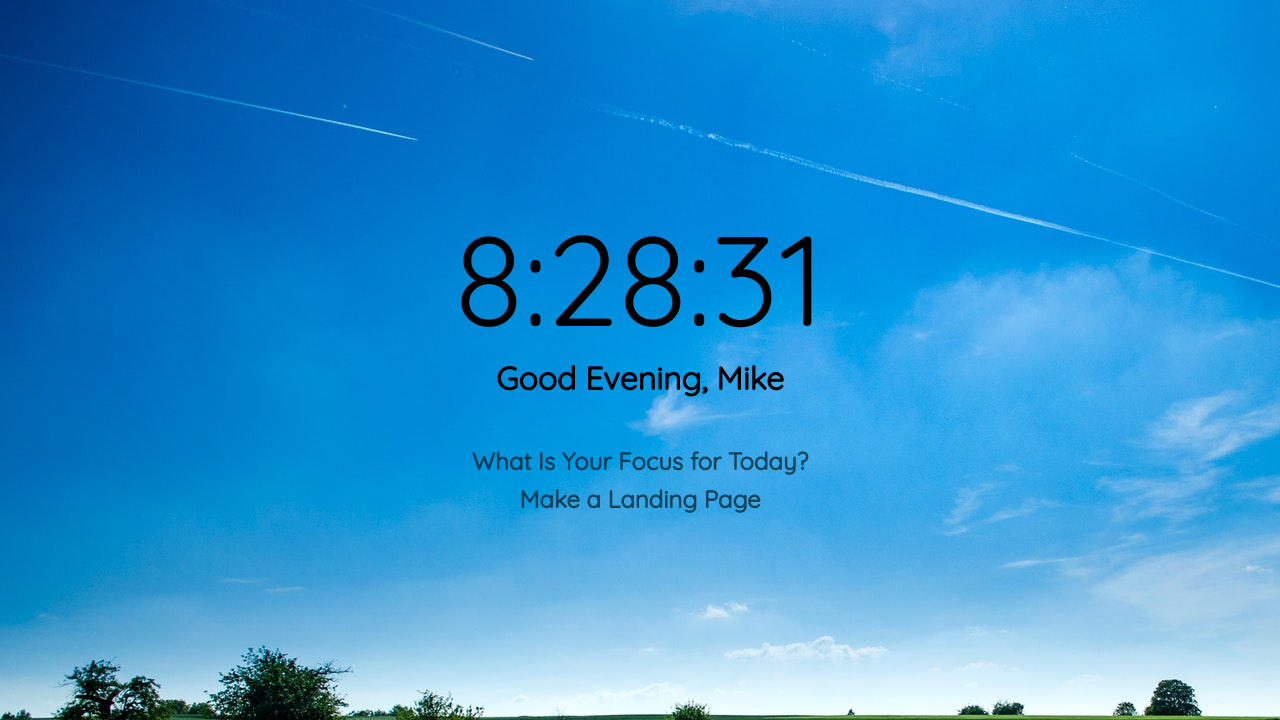
Repository: MikeTroianello/Landing-Page
Page: index.html
These files come from the project's save history. The page is drawn as it stood at one moment and after the next save; the edit follows.
The browser window is 1280 px wide. The pictures show the whole page.

Above is the page before, as saved 2019-06-19 23:32:08.

### index.html
<!DOCTYPE html>
<html lang="en">
  <head>
    <meta charset="UTF-8" />
    <meta name="viewport" content="width=device-width, initial-scale=1.0" />
    <meta http-equiv="X-UA-Compatible" content="ie=edge" />
    <link
      href="https://fonts.googleapis.com/css?family=Quicksand&display=swap"
      rel="stylesheet"
    />
    <link rel="stylesheet" href="./style.css" />
    <title>Greetings!</title>
  </head>
  <body>
    <div id="full">
      <time id="time">12:12:12 PM</time>
      <h1>
        <span id="greeting">Good Afternoon</span>
        <span id="name" contenteditable="true">Mike</span>
      </h1>
      <!-- <h2 id="focus">What Is Your Focus for Today?</h2> -->
      <h2>What Is Your Focus for Today?</h2>
      <h2 contenteditable="true">Make a Landing Page</h2>
    </div>
    <script src="main.js"></script>
  </body>
</html>

### style.css
* {
  box-sizing: border-box;
  margin: 0;
  padding: 0;
}

body {
  font-family: 'Quicksand', sans-serif;
  display: flex;
  flex-direction: column;
  align-items: center;
  justify-content: center;
  text-align: center;
  height: 100vh;
  color: 'black';
  background-image: url('./img/afternoon.jpg');
}

#full {
}

#time {
  font-size: 8rem;
}

h1 {
  margin-bottom: 3rem;
}

h2 {
  margin-bottom: 0.5rem;
  opacity: 0.6;
}

@media (max-width: 700px) {
  #time {
    font-size: 6rem;
  }
}

### main.js
// DOM Elements
const time = document.getElementById('time'),
  greeting = document.getElementById('greeting'),
  name = document.getElementById('name'),
  focus = document.getElementById('focus'),
  background = document.getElementsByTagName('body');
console.log(background);

//SHOW TIME

function showTime() {
  let today = new Date(),
    hour = today.getHours(),
    min = today.getMinutes(),
    sec = today.getSeconds();

  //SET AM OR PM
  const amPm = hour >= 12 ? 'PM' : 'AM';

  //12 Hour Format
  hour = hour % 12 || 12;

  //Output Time
  time.innerHTML = `${hour}<span>:</span>${addZero(min)}<span>:</span>${addZero(
    sec
  )}`;

  setTimeout(showTime, 1000);
}

showTime();

function addZero(x) {
  return (x < 10 ? '0' : '') + x;
}

//Background

function timeGreeting() {
  let today = new Date(),
    hour = today.getHours();

  if (hour > 17) {
    greeting.innerText = 'Good Evening,';
  } else if (hour < 12) {
    greeting.innerText = 'Good Morning,';
  } else {
    greeting.innerText = 'Good Afternoon,';
  }
}

timeGreeting();

After the next save:
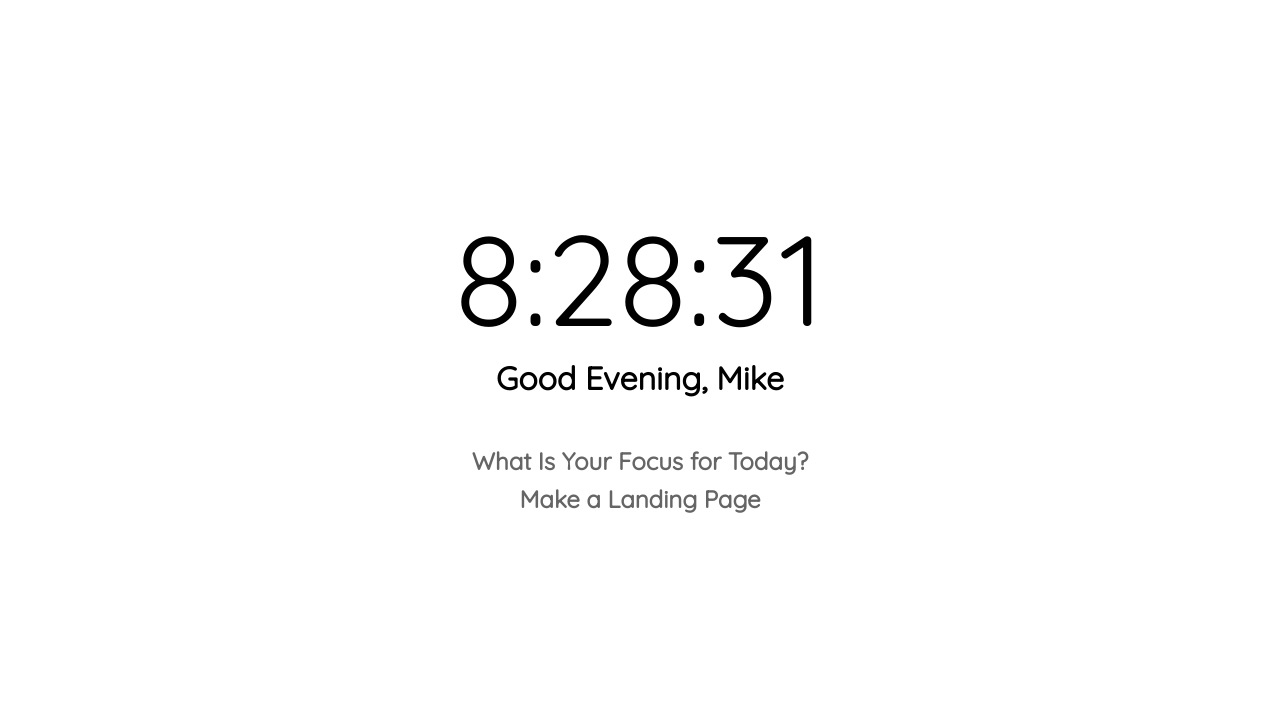
Saved 82 s later.
--- a/style.css
+++ b/style.css
@@ -13,10 +13,6 @@ body {
   text-align: center;
   height: 100vh;
   color: 'black';
-  background-image: url('./img/afternoon.jpg');
-}
-
-#full {
 }
 
 #time {
